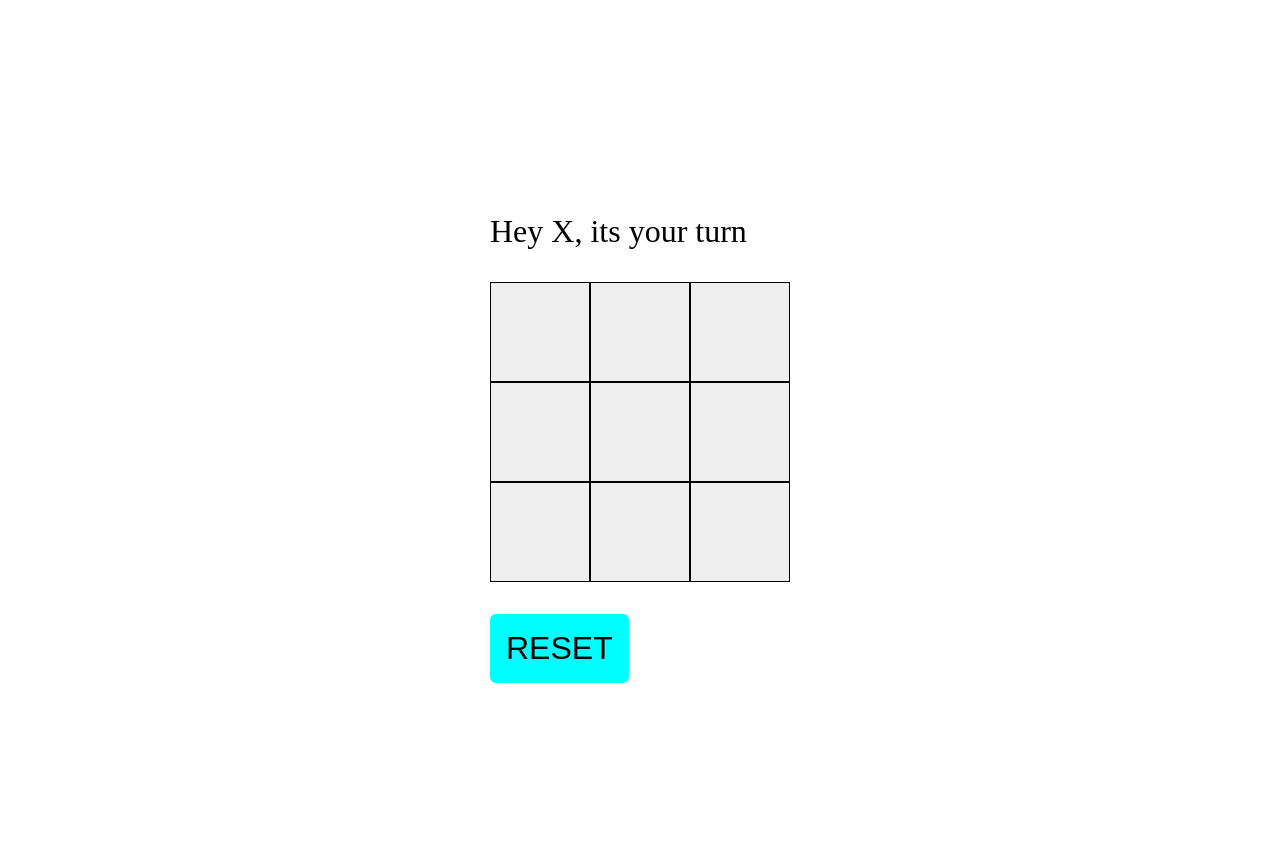
Repository: Ellisvelandia/tic-tac-toe
Page: /
An editor plug-in stored every save of this project. The page is shown before and after a run of saves, followed by the edit.
The browser window is 1280 px wide. The pictures show the whole page.
The project was rebuilt for these pictures with package versions that can differ from the ones it lists, and the page was loaded fresh each time. The framework's server and built-in components were replaced by stand-ins that run in the browser. Also part of the build but not shown: next.config.js.

Above is the page before, as saved 2022-09-06 21:03:06.

After the next 2 saves:
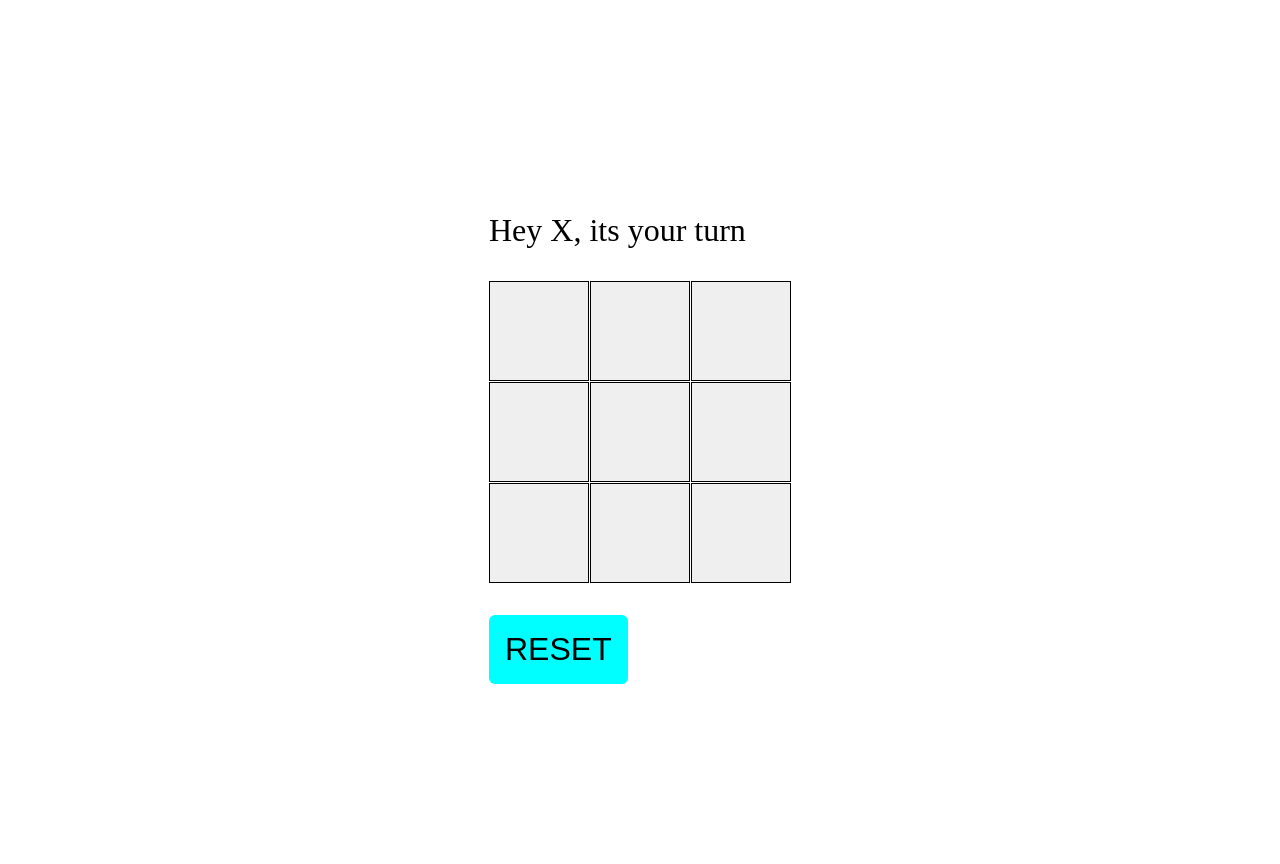
The 2 saves are shown as one change because they came seconds apart.
The last was saved 6 s later.
--- a/styles/globals.css
+++ b/styles/globals.css
@@ -1,8 +1,8 @@
 .grid {
   display: grid;
   place-content: center;
-justify-content: center;
-alig
+  justify-content: center;
+  align-items: center;
   grid-gap: 1px;
   grid-template-columns: repeat(3, 1fr);
 }
